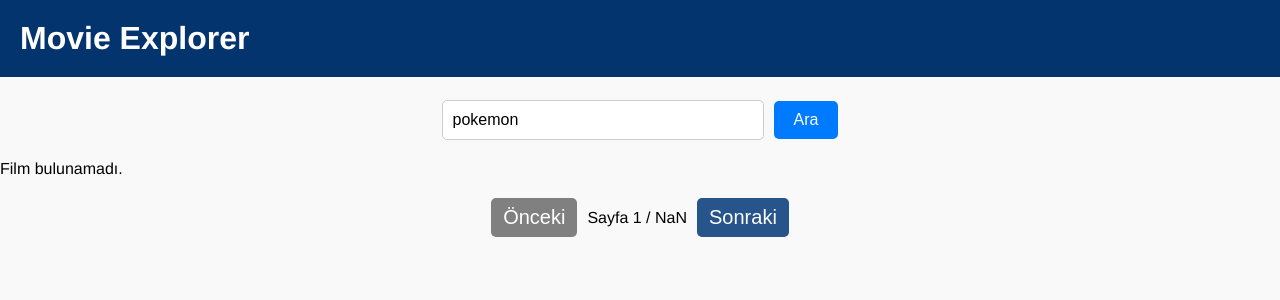
Repository: denizdizi/movie-explorer
Page: /
An editor plug-in stored every save of this project. The page is shown before and after the next save, followed by the edit.
The browser window is 1280 px wide. The pictures show the whole page.
The page's requests for data from a server got no answer. The project was rebuilt for these pictures with package versions that can differ from the ones it lists, and the page was loaded fresh each time. No one was signed in, and anything a server would have sent is missing. Also part of the build but not shown: src/App.css, src/components/MovieCard.js.

Above is the page before, as saved 2025-03-28 22:06:30.

### src/index.js
import React from 'react';
import ReactDOM from 'react-dom/client';
import './index.css';
import App from './App';
import reportWebVitals from './reportWebVitals';
import { Provider } from 'react-redux';
import store from "./store/store";

const root = ReactDOM.createRoot(document.getElementById('root'));
root.render(
  <Provider store={store}>
    <App />
  </Provider>
);

// If you want to start measuring performance in your app, pass a function
// to log results (for example: reportWebVitals(console.log))
// or send to an analytics endpoint. Learn more: https://bit.ly/CRA-vitals
reportWebVitals();

### src/App.js
import './App.css';
import React from "react";
import { BrowserRouter as Router, Routes, Route } from "react-router-dom";
import Home from "./pages/Home";
import "./styles/global.scss";

function App() {
  return (
    <Router>
      <Routes>
        <Route path="/" element={<Home />} />
        {/* <Route path="/movie/:id" element={<MovieDetails />} /> */}
      </Routes>
    </Router>
  );
}

export default App;

### src/store/store.js
import { createStore, applyMiddleware, combineReducers } from "redux";
import { thunk } from "redux-thunk";
import movieReducer from "./reducers";

const rootReducer = combineReducers({
  movies: movieReducer,
});

const store = createStore(rootReducer, applyMiddleware(thunk));

export default store;

### src/pages/Home.js
import React, { useEffect, useState } from "react";
import { useDispatch, useSelector } from "react-redux";
import { fetchMovies } from "../store/actions";
import { setPage } from "../store/actions";
import MovieList from "../components/MovieList";
import SearchBar from "../components/SearchBar";
import Pagination from "../components/Pagination";
import { TailSpin } from 'react-loader-spinner';

const Home = () => {
  const dispatch = useDispatch();
  const { movies } = useSelector((state) => state);

  useEffect(() => {
    console.log("Current page changed:", movies.currentPage);
    dispatch(fetchMovies("pokemon", movies.currentPage));
  }, [dispatch, movies.currentPage]);

  const handlePageChange = (newPage) => {
    dispatch(setPage(newPage));
  };

  return (
    <div>
      <h1 className="page-title">Movie Explorer</h1>
      <SearchBar/>
      {movies.loading && (
        <div className="loading-overlay">
          {/* TailSpin spinner'ını burada gösteriyoruz */}
          <TailSpin
            height="100"
            width="100"
            color="#00BFFF"
            ariaLabel='loading'
          />
        </div>
      )}
      {movies.error && <p>Hata: {movies.error}</p>}
      <MovieList movies={movies} />
      <Pagination
        currentPage={movies.currentPage}
        totalResults={movies.totalResults}
        onPageChange={handlePageChange}
      />
    </div>
  );
};

export default Home;

### src/styles/global.scss
body {
    padding-top: 80px;
    font-family: 'Franklin Gothic Medium', 'Arial Narrow', Arial, sans-serif;
    background-color: #f9f9f9;
}

.movie-list {
    justify-content: center;
}

.movie-line {
  display: flex;
  align-items: center;
  margin-bottom: 2em;
  background-color: #f9f9f9;
  gap: 2em;
  justify-content: center;
}

.movie-card {
  width: 200px; /* Kartın genişliği */
  height: 300px; /* Kartın yüksekliği */
  border-radius: 10px; /* Köşeleri yuvarlat */
  box-shadow: 0 4px 8px rgba(0, 0, 0, 0.2); /* Gölgelendirme */
  overflow: hidden; /* İçerik taşmasını engelle */
  background-color: #fff; /* Arka plan beyaz */
  display: flex;
  flex-direction: column; /* İçeriği dikey yerleştir */
  align-items: center;
  justify-content: flex-start; /* Başlık ve içerikler üst kısımda yer alsın */
  padding: 10px;
  border: 1px solid #ddd; /* Çerçeve */
}

.img-container {
  width: 100%; /* Konteynerin genişliği */
  height: 60%; /* Resmin yüksekliği */
  overflow: hidden;
  padding: 0; /* Paddingi sıfırlayın */
  display: flex;
  justify-content: center;
  align-items: center; /* Resmin ortalanması için */
  border-radius: 5px;
}

.img-container img {
  width: 100%;
  height: 100%;
  object-fit: cover; /* Resmi konteynere tam sığdır */
  object-position: center;
}

.movie-card h3 {
  margin-top: 10px;
  font-size: 16px;
  text-align: center;
}

@media (max-width: 700px) {
  .movie-line {
    flex-direction: column;
  }

  .img-container {
    height: 60%; /* Küçük ekranlarda img-container yüksekliğini azaltın */
  }
}

.search-bar {
    display: flex;
    align-items: center;
    justify-content: center;
    margin: 20px 0;
  }

  .input-wrapper {
    display: flex;
    position: relative;
  }

  .search-input {
    padding: 10px;
    font-size: 1rem;
    border-radius: 5px;
    border: 1px solid #ccc;
    width: 300px;
    transition: all 0.3s ease;
  }

  .search-input:focus {
    border-color: #007bff;
    outline: none;
  }

  .clear-btn {
    position: absolute;
    top: 50%;
    right: 10px;
    transform: translateY(-50%);
    background: none;
    border: none;
    font-size: 18px;
    color: #ccc;
    cursor: pointer;
    transition: color 0.3s;
  }

  .search-btn {
    padding: 10px 20px;
    background-color: #007bff;
    color: white;
    border: none;
    border-radius: 5px;
    cursor: pointer;
    margin-left: 10px;
    font-size: 1rem;
  }

  .search-btn:hover {
    background-color: #0056b3;
  }

  .page-title {
    background-color: #03346E; /* Başlık arkaplan rengini koyu gri yapıyoruz */
    color: #fff; /* Yazı rengini beyaz yapıyoruz */
    padding: 20px; /* Arka planın etrafına biraz boşluk ekliyoruz */
    font-size: 2em; /* Başlık boyutunu büyütüyoruz */
    position: fixed; /* Başlık sabitlenecek */
    top: 0; /* Başlık üstte olacak */
    left: 0; /* Başlık solda olacak */
    width: 100%; /* Başlık tam genişlikte olacak */
    z-index: 1000; /* Başlık, diğer içeriklerin üstünde yer alacak */
    margin-top: 0;
  }

  .loading-overlay {
    position: fixed;
    top: 0;
    left: 0;
    width: 100%;
    height: 100%;
    background-color: rgba(0, 0, 0, 0.5); /* Yarı saydam siyah arka plan */
    display: flex;
    justify-content: center;
    align-items: center;
    z-index: 9999; /* Diğer içeriklerin üstünde olmalı */
  }

  .pagination {
    display: flex;
    justify-content: center;
    align-items: center;
    gap: 10px;
    margin: 20px 0;

    button {
      padding: 8px 12px;
      font-size: 20px;
      cursor: pointer;
      border: none;
      background: #27548A;
      color: white;
      border-radius: 5px;

      &:disabled {
        background: gray;
        cursor: not-allowed;
      }
    }
  }

### src/store/reducers.js
import { SET_PAGE, FETCH_MOVIES_REQUEST, FETCH_MOVIES_SUCCESS, FETCH_MOVIES_FAILURE } from "./actions";

const initialState = {
  movies: [],
  totalResults: "0",
  currentPage: 1,
  loading: false,
  error: null,
};

const movieReducer = (state = initialState, action) => {
  switch (action.type) {
    case SET_PAGE:
      return {
        ...state,
        currentPage: action.payload,
      };
    case FETCH_MOVIES_REQUEST:
      return { ...state, loading: true };
    case FETCH_MOVIES_SUCCESS:
      return { ...state, loading: false, movies: action.payload.movies, totalResults: action.payload.totalResults };
    case FETCH_MOVIES_FAILURE:
      return { ...state, loading: false, error: action.payload };
    default:
      return state;
  }
};

export default movieReducer;

### src/store/actions.js
import { searchMovies } from "../utils/api";

export const FETCH_MOVIES_REQUEST = "FETCH_MOVIES_REQUEST";
export const FETCH_MOVIES_SUCCESS = "FETCH_MOVIES_SUCCESS";
export const FETCH_MOVIES_FAILURE = "FETCH_MOVIES_FAILURE";

export const fetchMovies = (query = "pokemon", page = 1) => async (dispatch) => {
  dispatch({ type: FETCH_MOVIES_REQUEST });

  try {
    const data = await searchMovies(query, page);
    dispatch({ type: FETCH_MOVIES_SUCCESS, payload: {movies: data.Search, totalResults: data.totalResults} });
  } catch (error) {
    dispatch({ type: FETCH_MOVIES_FAILURE, payload: error.message });
  }
};

export const SET_PAGE = "SET_PAGE";

export const setPage = (page) => ({
  type: SET_PAGE,
  payload: page,
});

### src/components/MovieList.js
import React from "react";
import MovieCard from "./MovieCard";

const MovieList = ({ movies }) => {
  if (!movies || !movies.movies || movies.movies.length === 0) {
    return <p>Film bulunamadı.</p>;
  }

  return (
    <div className="movie-list">
      <div className="row movie-line">
        {movies.movies.slice(0, 5).map((movie) => (
          <MovieCard key={movie.imdbID} movie={movie} />
        ))}
      </div>
      <div className="row movie-line">
        {movies.movies.slice(5, 10).map((movie) => (
          <MovieCard key={movie.imdbID} movie={movie} />
        ))}
      </div>
    </div>
  );
};

export default MovieList;

### src/components/SearchBar.js
import React, { useState } from "react";
import { useDispatch } from "react-redux";
import { fetchMovies } from "../store/actions";

const SearchBar = () => {
  const [query, setQuery] = useState("pokemon");
  const dispatch = useDispatch();

  const handleSearch = (e) => {
    e.preventDefault();
    if (query.trim() !== "") {
      dispatch(fetchMovies(query, 1));
    }
  };

  return (
    <form onSubmit={handleSearch} className="search-bar">
      <div className="input-wrapper">
        <input
          type="text"
          placeholder="Film ara..."
          value={query}
          onChange={(e) => setQuery(e.target.value)}
          className="search-input"
        />
      </div>
      <button type="submit" className="search-btn">
        Ara
      </button>
    </form>
  );
};

export default SearchBar;

### src/components/Pagination.js
import React from "react";

const Pagination = ({currentPage, totalResults, onPageChange}) => {
  const totalPages = Math.ceil(totalResults / 10);

  const handleNext = () => {
    if (currentPage < totalPages) {
      onPageChange(currentPage + 1);
    }
  };

  const handlePrev = () => {
    if (currentPage > 1) {
      onPageChange(currentPage - 1);
    }
  };

  return (
    <div className="pagination">
      <button onClick={handlePrev} disabled={currentPage === 1}>
        Önceki
      </button>
      <span>Sayfa {currentPage} / {totalPages}</span>
      <button onClick={handleNext} disabled={currentPage === totalPages}>
        Sonraki
      </button>
    </div>
  );
};

export default Pagination;

### src/utils/api.js
import axios from "axios";

const API_KEY = "df54e6ed";
const BASE_URL = "https://www.omdbapi.com/";

export const searchMovies = async (text = "pokemon", page = 1) => {
  try {
    const response = await axios.get(BASE_URL, {
      params: {
        apikey: API_KEY,
        s: text,
        page: page,
      },
    });
    return response.data;
  } catch (error) {
    console.error("Film arama hatası:", error);
    return [];
  }
};

export const getMovieDetails = async (movieID) => {
  try {
    const response = await axios.get(BASE_URL, {
      params: {
        apikey: API_KEY,
        i: movieID,
      },
    });
    return response.data;
  } catch (error) {
    console.error("Film detaylarını getirme hatası:", error);
    return null;
  }
};

Loaded but not shown: public/index.html (common file); src/index.css (common file); src/reportWebVitals.js (common file); src/styles/movie.scss (no stored copy; drawn as an empty file)

After the next save:
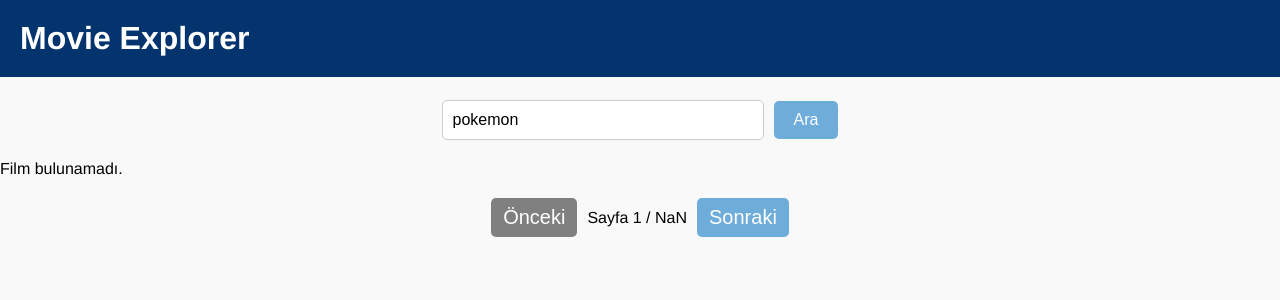
Saved 28 s later.
--- a/src/styles/global.scss
+++ b/src/styles/global.scss
@@ -107,7 +107,7 @@ body {
 
   .search-btn {
     padding: 10px 20px;
-    background-color: #007bff;
+    background-color: #6EACDA;
     color: white;
     border: none;
     border-radius: 5px;
@@ -158,7 +158,7 @@ body {
       font-size: 20px;
       cursor: pointer;
       border: none;
-      background: #27548A;
+      background: #6EACDA;
       color: white;
       border-radius: 5px;
 
